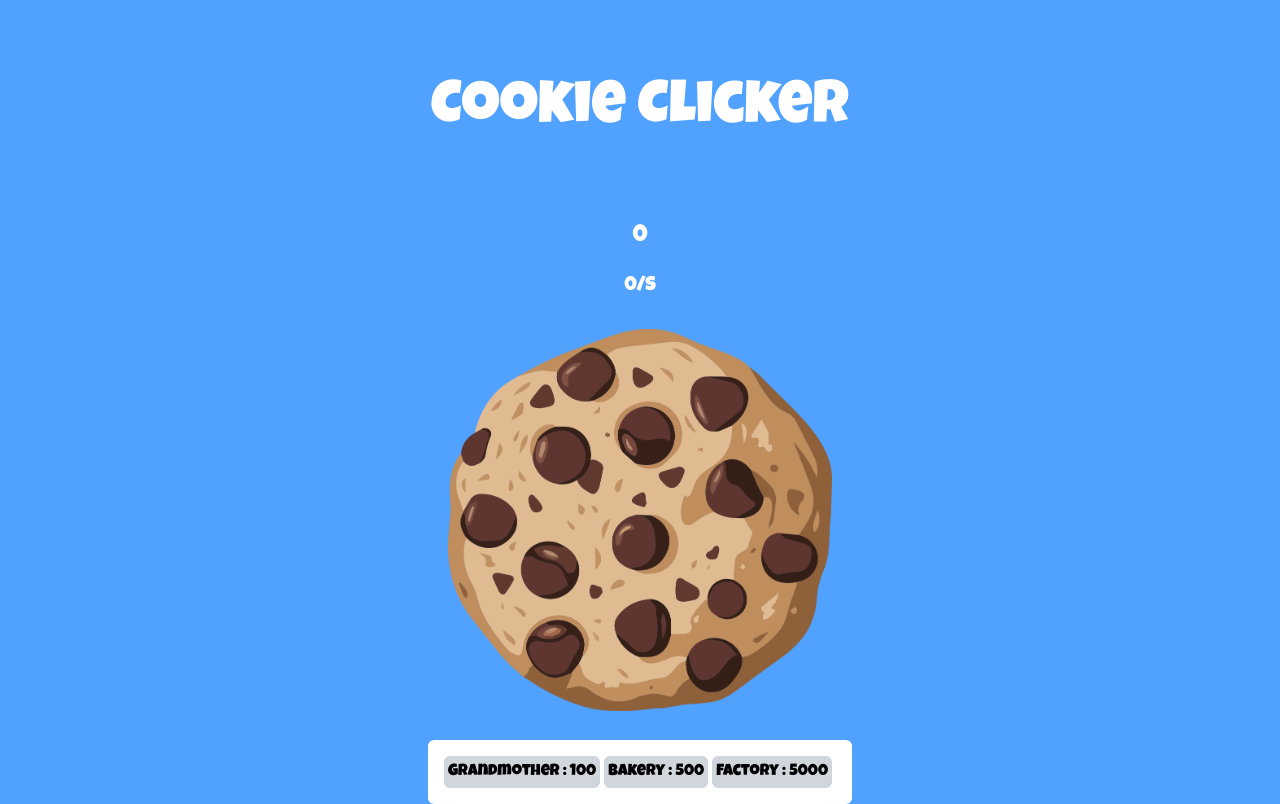
Repository: Cozmoss/cookie_clicker
Page: /
The author's editor kept a copy of each file at every save. The page is drawn from the files as they stood at one save, then again after the next save.
The browser window is 1280 px wide. The pictures show the whole page.
The project was rebuilt for these pictures with package versions that can differ from the ones it lists, and the page was loaded fresh each time. Also part of the build but not shown: vite.config.js, src/App.css.

Above is the page before, as saved 2026-04-24 15:50:12.

After the next save:
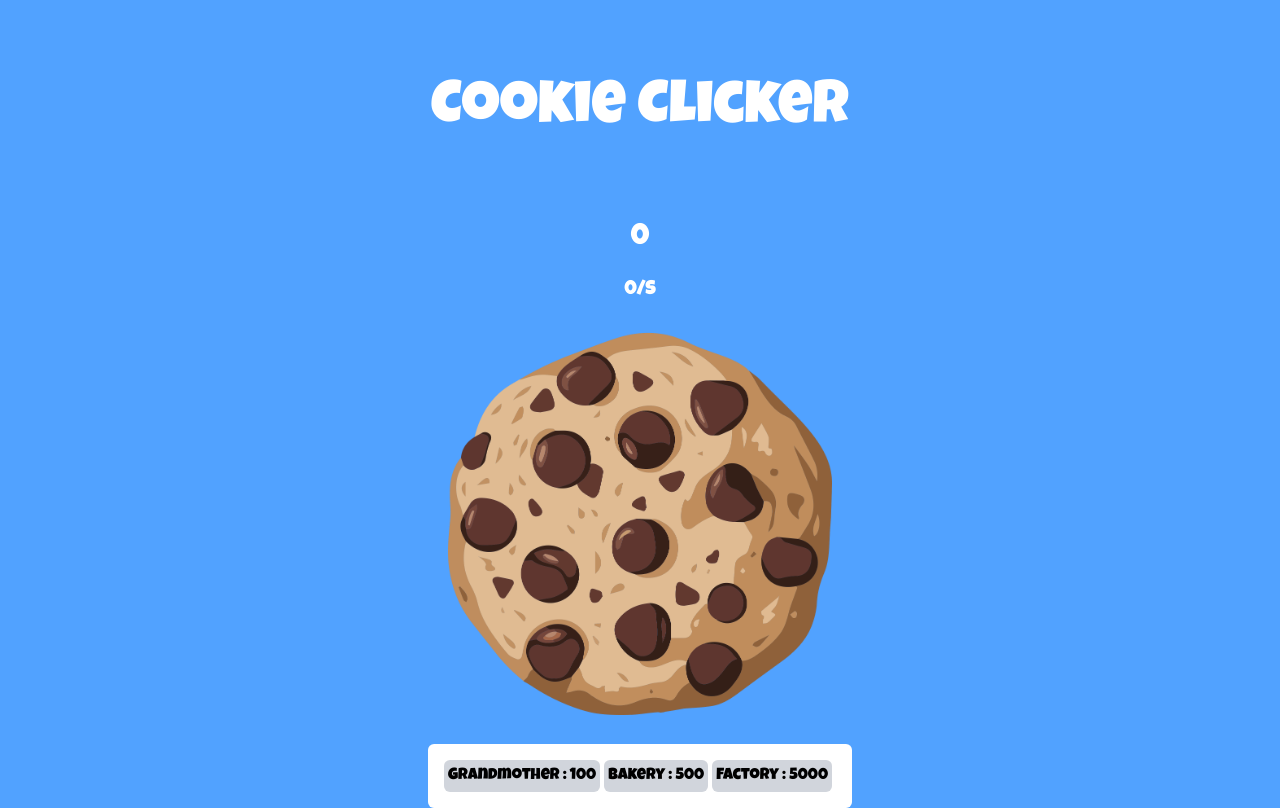
Saved 9 s later.
--- a/src/components/CookieCount.jsx
+++ b/src/components/CookieCount.jsx
@@ -3,7 +3,7 @@ import { useGame } from "../context/GameContext";
 function CookieCount() {
     const { state } = useGame();
 
-	return <div className="text-white text-2xl">{state.count}</div>;
+	return <div className="text-white text-3xl">{state.count}</div>;
 }
 
 export default CookieCount;
